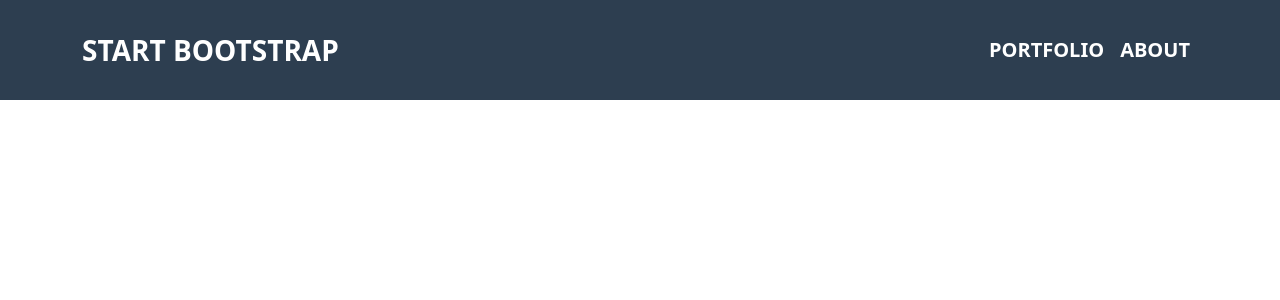
Repository: 7JaxeN7/WT-1255P-Mehmet_BEZC-
Page: index.html
An editor plug-in stored every save of this project. The page is shown before and after the next save, followed by the edit.
The browser window is 1280 px wide. The pictures show the whole page.

Above is the page before, as saved 2025-01-06 21:00:53.

After the next save:
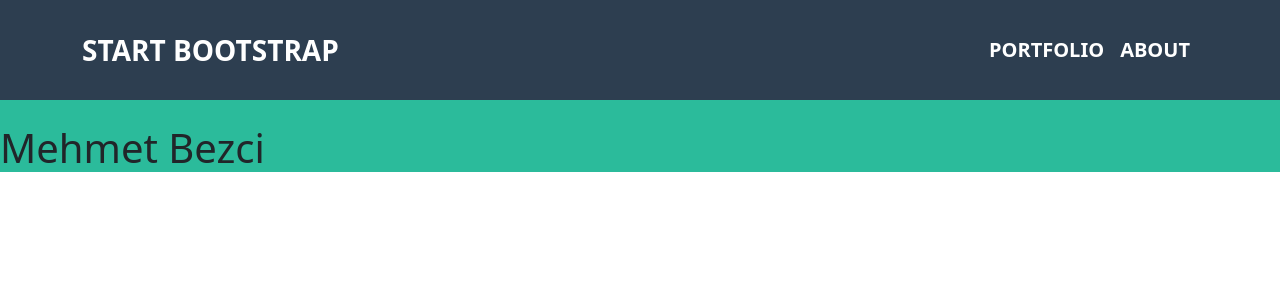
Saved 32 s later.
--- a/index.html
+++ b/index.html
@@ -35,7 +35,9 @@
   </header>
   <!-- Herosection -->
    <div class="herosection-bg">
-
+    <img/>
+    <h1>Mehmet Bezci</h1>
+    <p></p>
    </div>
   <!-- Burası bootstrap script kısmı -->
   <script src="https://cdn.jsdelivr.net/npm/bootstrap@5.3.3/dist/js/bootstrap.bundle.min.js"
